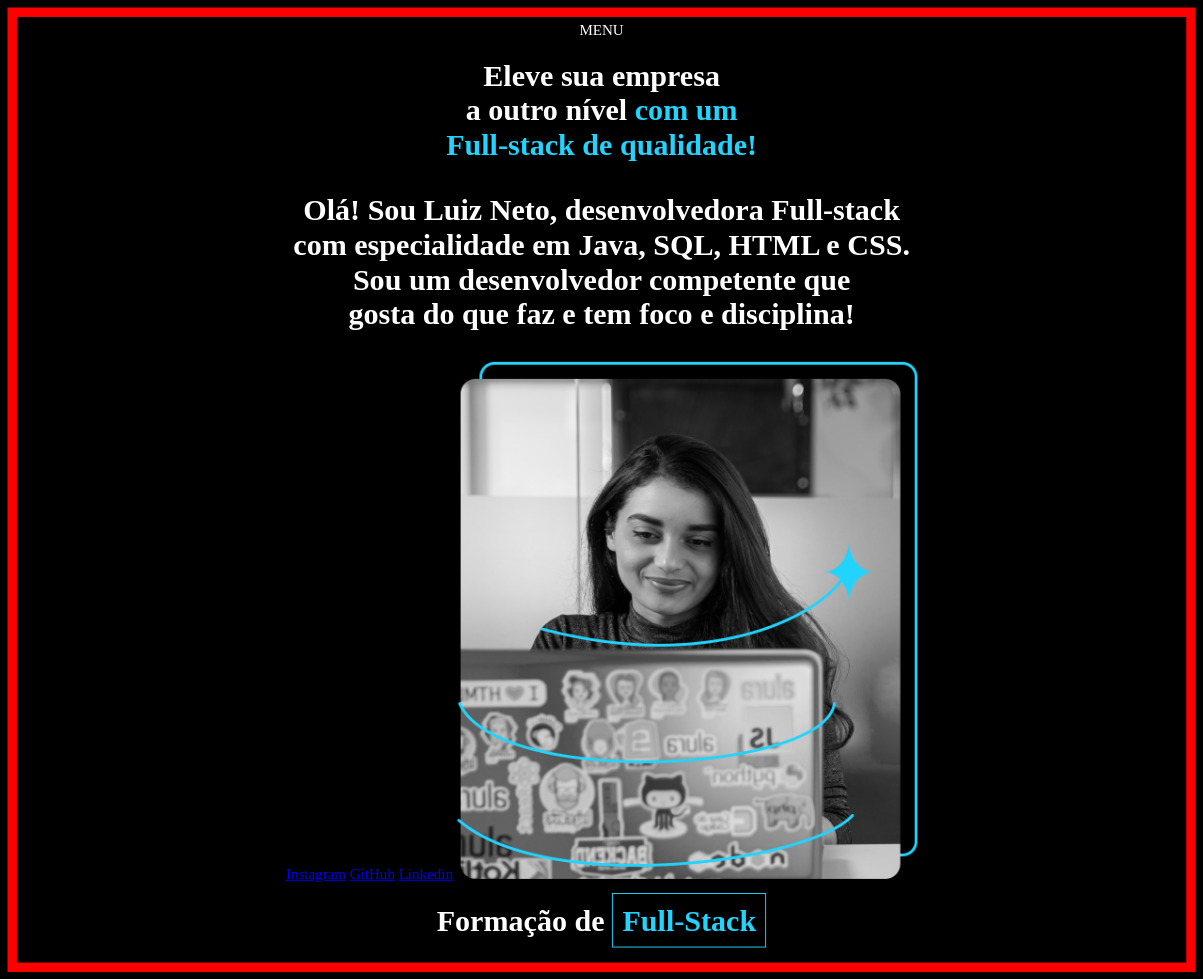
Repository: luiz123098/Sobre-mim-em-HTM-CSS
Page: htmlcss.html
An editor plug-in stored every save of this project. The page is shown before and after the next save, followed by the edit.
The browser window is 1280 px wide. The pictures show the whole page, at 94% of full size.

Above is the page before, as saved 2023-03-08 13:58:50.

After the next save:
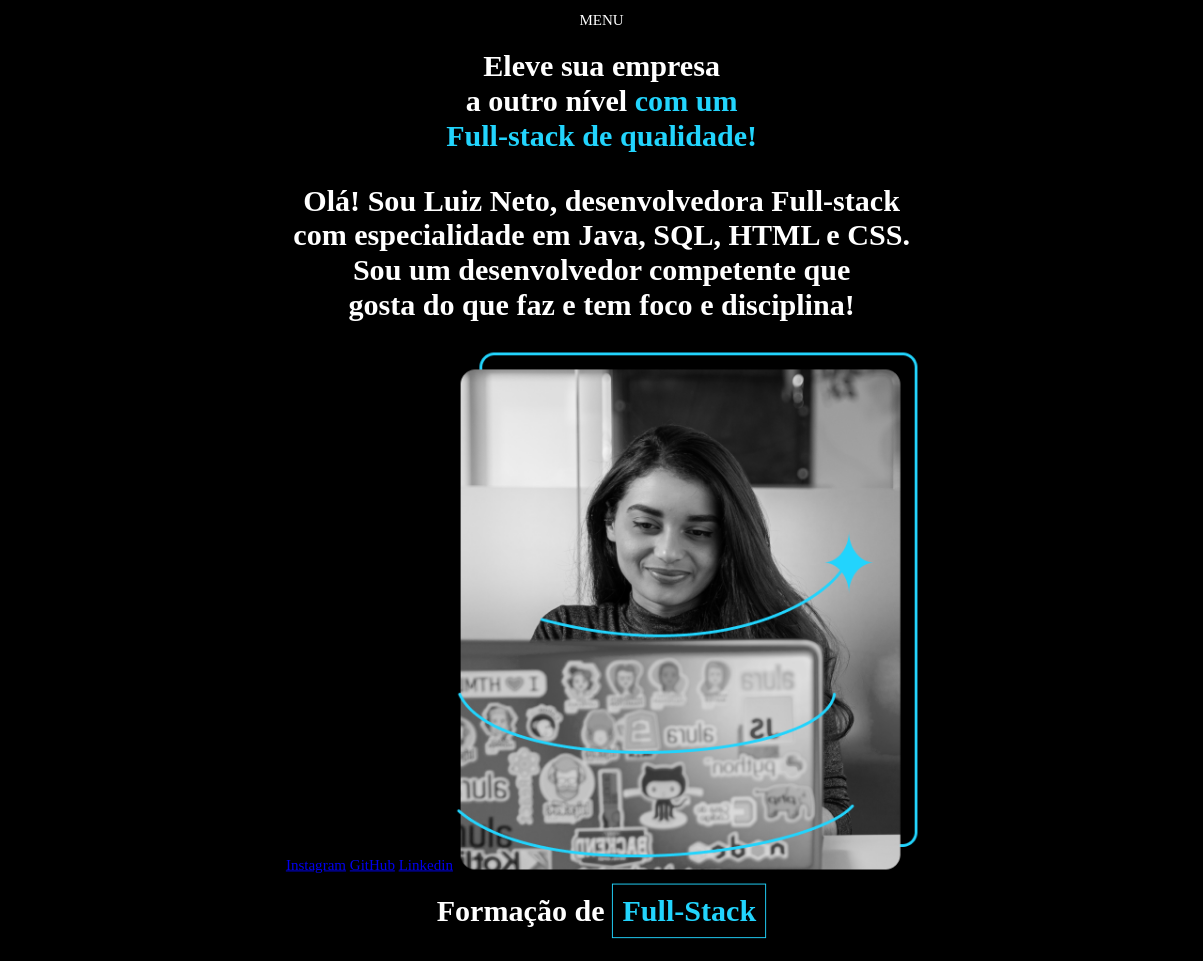
Saved 17 s later.
--- a/style.Css
+++ b/style.Css
@@ -2,7 +2,7 @@
     background-color: black;
     color: white;
     text-align: center;
-    border:10px solid #f00;
+    border:10px;
 padding: 5px;
 }
 
